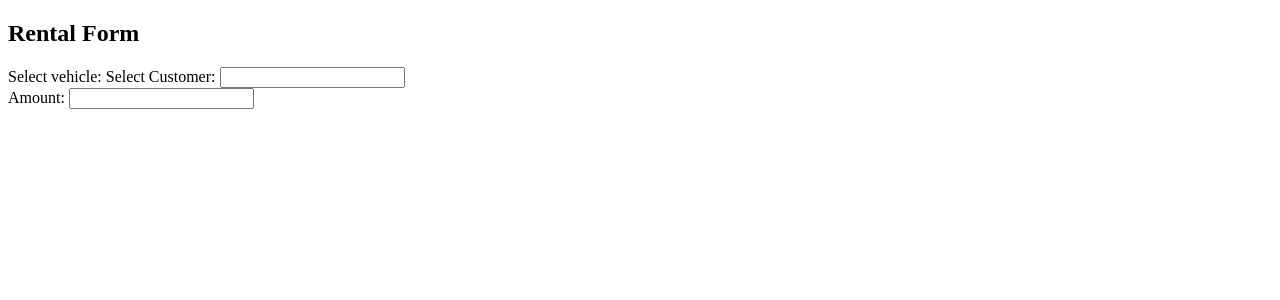
Repository: abhi608/visa_tutorial
Page: http://localhost/vehiclerental/rentalForm.jsp
An editor plug-in stored every save of this project. The page is shown before and after the next save, followed by the edit.
The browser window is 1280 px wide. The pictures show the whole page.
The page is served by Tomcat 9.

Above is the page before, as saved 2018-07-26 11:21:29.

After the next save:
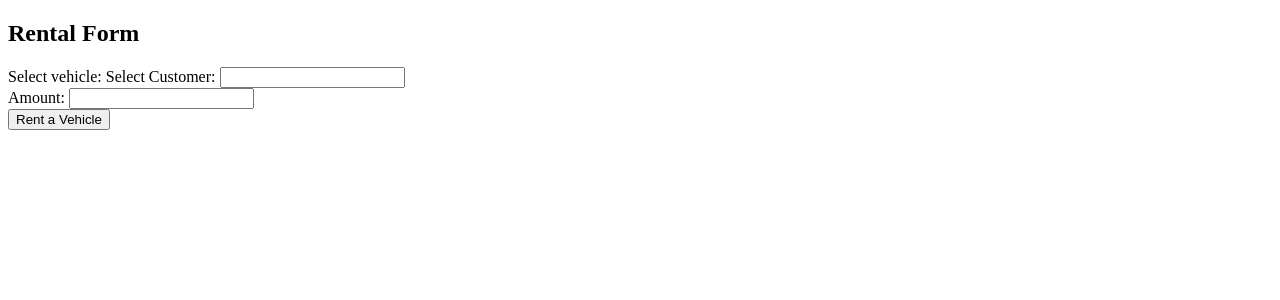
Saved 31 s later.
--- a/vehiclerental/src/main/webapp/rentalForm.jsp
+++ b/vehiclerental/src/main/webapp/rentalForm.jsp
@@ -14,6 +14,8 @@
 		Select Customer: <input type="text" name="customerId" /> <br />
 
 		Amount: <input type="text" name="rentalAmount" /> <br />
+
+		<button type="submit">Rent a Vehicle</button>
 	</form>
 </body>
 </html>
